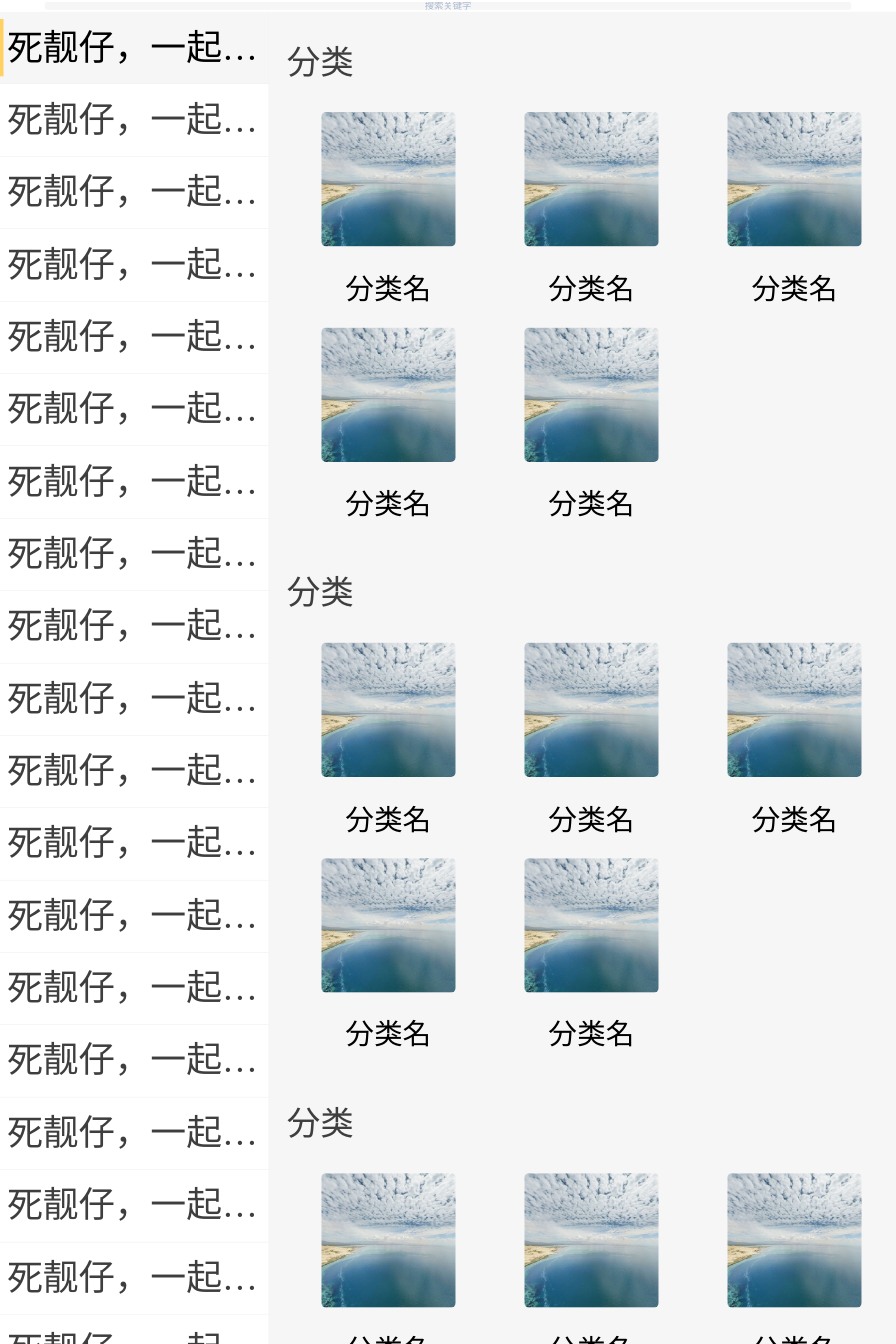
Repository: 421538074/sell
Page: consumer/goods-classify.html
An editor plug-in stored every save of this project. The page is shown before and after the next save, followed by the edit.
The browser window is 1280 px wide. The pictures show the part of the page from y = 0 to 1920 px (the page is 3807 px tall), at 70% of full size.

Above is the page before, as saved 2019-05-29 16:57:51.

### consumer/goods-classify.html
<!DOCTYPE html>
<html lang="en">
<head>
    <meta charset="UTF-8">
    <meta name="viewport" content="width=device-width, initial-scale=1.0">
    <meta http-equiv="X-UA-Compatible" content="ie=edge">
    <title>商品分类</title>
    <link rel="stylesheet" href="../css/base.css">
    <link rel="stylesheet" href="css/goods-classify.css">
</head>
<body>
    <div id="app" class="content">
        <div class="search-bar-wrapper">
            <input placeholder="搜索关键字" type="text" class="search-input">
        </div>
        <div class="goods-classify-wrapper">
            <ul class="main-classify-wrapper">
                <li @click="triggerTab(n)" v-for="n in 20" :class="{active:n==currentIndex}" class="main-classify-item">
                    死靓仔，一起打球吗？
                </li>
            </ul>
            <div class="sub-classify-wrapper">
                <div v-for="n in 5" class="sub-classify-item">
                    <p class="sub-classify-item-title">
                        分类
                    </p>
                    <div class="sub-classify-item-wrapper">
                        <div v-for="n in 5" class="sub-sub-classify-item">
                            <img src="../img/1.jpg" class="classify-item-icon">
                            <p class="classify-title">分类名</p>
                        </div>
                    </div>
                </div>
            </div>
        </div>
    </div>
    <script src="../js/api.js"></script>
    <script src="../js/vue.js"></script>
    <script src="js/vue-mixin.js"></script>
    <script src="js/goods-classify.js"></script>
</body>
</html>

### css/base.css
/* http://meyerweb.com/eric/tools/css/reset/
   v2.0 | 20110126
   License: none (public domain)
*/

html,
body,
div,
span,
applet,
object,
iframe,
h1,
h2,
h3,
h4,
h5,
h6,
p,
blockquote,
pre,
a,
abbr,
acronym,
address,
big,
cite,
code,
del,
dfn,
em,
img,
ins,
kbd,
q,
s,
samp,
small,
strike,
strong,
sub,
sup,
tt,
var,
b,
u,
i,
center,
dl,
dt,
dd,
ol,
ul,
li,
fieldset,
form,
label,
legend,
table,
caption,
tbody,
tfoot,
thead,
tr,
th,
td,
article,
aside,
canvas,
details,
embed,
figure,
figcaption,
footer,
header,
hgroup,
menu,
nav,
output,
ruby,
section,
summary,
time,
mark,
audio,
video {
    margin: 0;
    padding: 0;
    border: 0;
    font-size: 100%;
    font: inherit;
    vertical-align: baseline;
}

/* HTML5 display-role reset for older browsers */
article,
aside,
details,
figcaption,
figure,
footer,
header,
hgroup,
menu,
nav,
section {
    display: block;
}

body {
    line-height: 1;
}

ol,
ul {
    list-style: none;
}

blockquote,
q {
    quotes: none;
}

blockquote:before,
blockquote:after,
q:before,
q:after {
    content: '';
    content: none;
}

table {
    border-collapse: collapse;
    border-spacing: 0;
}


body,
html {
    font-size: calc(100vw / 37.5);
    font-family: PingFangSC-Medium;
    background: #F2F2F2;
}


[v-cloak] {
    display: none;
}


hr {
    margin: 0;
    padding: 0;
}

.clearfix {
    zoom: 1;
}

.clearfix:after {
    content: ".";
    display: block;
    visibility: hidden;
    height: 0;
    clear: both;
}

[v-cloak] {
    display: none;
}

### consumer/css/goods-classify.css
*{
    box-sizing: border-box;
}
html,body,div.content{
    height: 100%;
}
div.content {
    display: flex;
    flex-direction: column;
}
div.search-bar-wrapper{
    height: 4.5rem;
    display: flex;
    align-items: center;
    justify-content: center;
    background: #ffffff;
}
input.search-input {
    width: 90%;
    border: none;
    height: 60%;
    border-radius: 0.1rem;
    background: #F6F6F6;
    outline: 0;
}
input::-webkit-input-placeholder {
    color: #A9B7CE;
    text-align: center;
}
.goods-classify-wrapper {
    display: flex;
    flex: 1;
}
ul.main-classify-wrapper {
    overflow: scroll;
    height: 100%;
    width: 30%;
}
ul.main-classify-wrapper::-webkit-scrollbar,div.sub-classify-wrapper::-webkit-scrollbar {
    width: 0;
    height: 0;
}
li.main-classify-item {
    width: 100%;
    height: 3rem;
    line-height: 3rem;
    white-space: nowrap;
    overflow: hidden;
    text-overflow: ellipsis;
    background: #fff;
    margin-bottom: 1px;
    color: #3E3E3E;
    padding-left: 10px;
    font-size: 1.5rem;
}
li.main-classify-item.active {
    background: #F6F6F6;
    position: relative;
    color: #000000;
}
li.main-classify-item.active::after{
    content: '';
    position: absolute;
    background: #FFD162;
    height: 80%;
    width: 5px;
    left: 0;
    top: 10%;
}
.sub-classify-wrapper {
    flex: 1;
    background: #F6F6F6;
    overflow: scroll;
}
img.classify-item-icon {
    width: 15vw;
    height: 15vw;
    border-radius: 0.2rem;
}
p.sub-classify-item-title {
    font-size: 1.4rem;
    height: 3em;
    display: flex;
    align-items: center;
    color: #3E3E3E;
    padding-left: 2vw;
}
.sub-classify-item{
    width: 70vw;
}
.sub-sub-classify-item {
    width: calc(68vw / 3);
    margin-bottom: 1rem;
}
.sub-classify-item-wrapper {
    display: flex;
    align-items: center;
    flex-wrap: wrap;
    text-align: center;
    padding-left: 2vw;
}
p.classify-title {
    font-size: 1.2rem;
    margin-top: 1rem;
}

### js/api.js



// window.warn = {
//     alert: function alert(msg) {
//         var template = `
// `
//         $('body').append(template);
//         $('.alert-body').animate({
//             top: "40px"
//         }, 200);
//         // setTimeout(function () {
//         //     warn.close();
//         // }, 1500);
//     },
//     close: function close() {
//         $('.alert-body').animate({
//             top: "-280px"
//         }, 200);
//         setTimeout(function () {
//             $('#alert-msg').remove();
//         }, 200);
//     }
// };

### consumer/js/vue-mixin.js
Vue.mixin({
    methods: {
        /**
         * 限制长度
         * @param {String} 要限制长度的字段
         * @param {Number} 长度
         */
        limitLength(key, length) {
            this[key] = this[key].substring(0, length);
        },
        /**
         * 验证11位手机号
         * @param {Number} phone
         */
        validatePhone(phone) {
            const phoneReg = /^[1-9][0-9]{9}[0-9]$/;
            return phoneReg.test(phone);
        },
        /**
         * 发送手机验证码
         * @param {Number} waitTimeKey 等待时间键名
         * @param {String} tipsKey 发送验证码显示的信息的键名
         * @param {String} phoneKey 手机号键名
         * @param {String} reSendMsg  按钮默认显示的文字
         */
        sendCode(waitTimeKey, tipsKey, phoneKey, defaultMsg) {
            if (!this.validatePhone(this[phoneKey])) {
                alert('无效手机号!');
                return;
            }
            if (this[waitTimeKey] == 60) {
                $.post('', {
                        phone: this[phoneKey]
                    }, (res) => {
                        if (res.status == 1) {
                            const interval = setInterval(() => {
                                if (this[waitTimeKey] == 1) {
                                    this[waitTimeKey] = 60;
                                    this[tipsKey] = defaultMsg;
                                    clearInterval(interval);
                                    return;
                                }
                                this[waitTimeKey] -= 1;
                                this[tipsKey] = `${this[waitTimeKey]}s`;
                            }, 1000);
                        } else {
                            alert('发送失败!');
                        }
                    }, 'json')
                    .fail(err => {
                        alert('服务器异常!');
                    });
            }
        },
        /**
         * 链接跳转
         * @param {String} url
         */
        linkTo(url) {
            window.location.href = url;
        }
    },
    filters: {

    }
})

### consumer/js/goods-classify.js
new Vue({
    el:'#app',
    data() {
        return {
            currentIndex:1
        }
    },
    methods: {
        triggerTab(index) {
            if(this.currentIndex != index) {
                this.currentIndex = index;
            }
        }
    },
})

Loaded but not shown: js/vue.js (library)

After the next save:
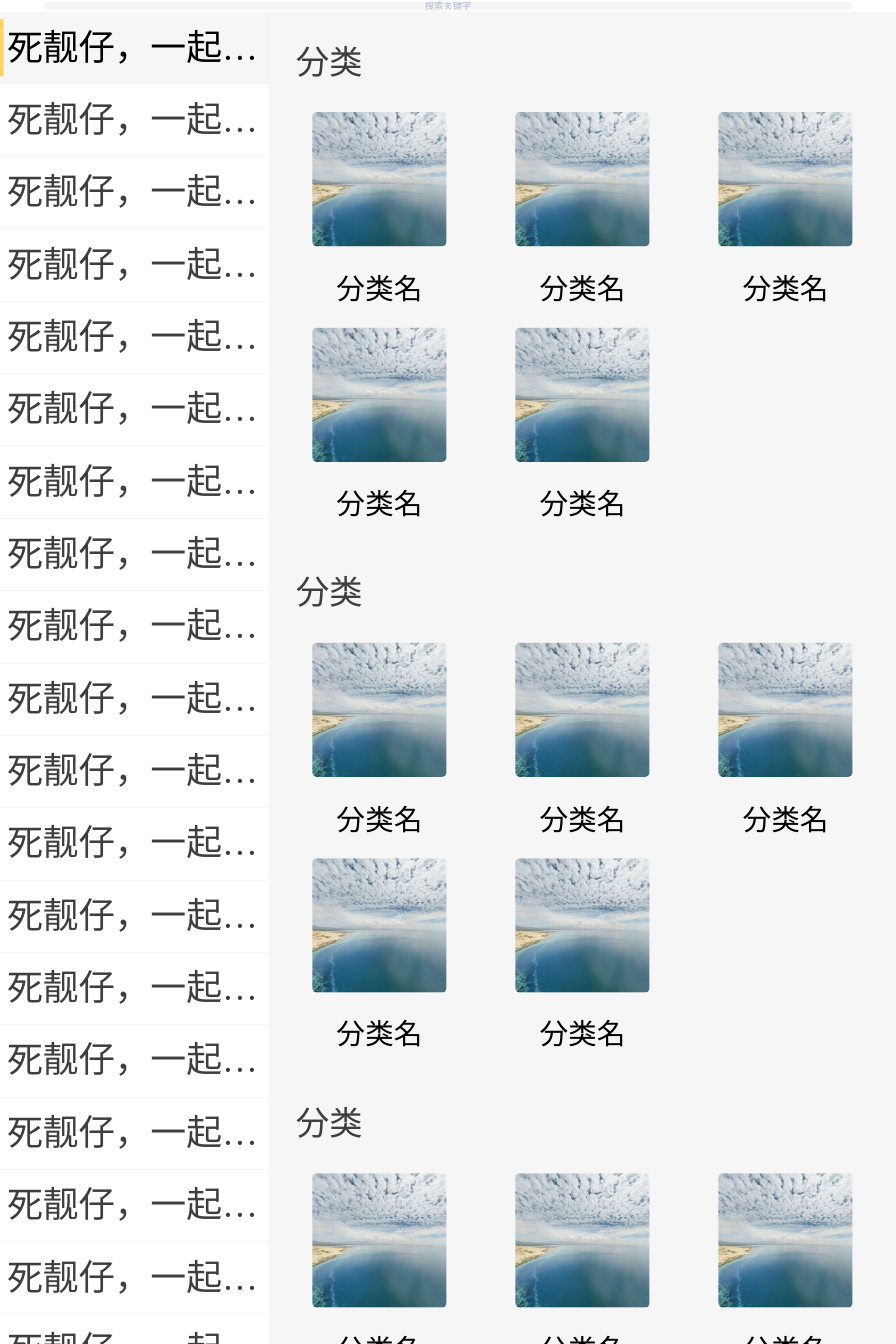
Saved 64 s later.
--- a/consumer/css/goods-classify.css
+++ b/consumer/css/goods-classify.css
@@ -83,7 +83,7 @@ p.sub-classify-item-title {
     display: flex;
     align-items: center;
     color: #3E3E3E;
-    padding-left: 2vw;
+    padding-left: 3vw;
 }
 .sub-classify-item{
     width: 70vw;
@@ -97,7 +97,7 @@ p.sub-classify-item-title {
     align-items: center;
     flex-wrap: wrap;
     text-align: center;
-    padding-left: 2vw;
+    padding-left: 1vw;
 }
 p.classify-title {
     font-size: 1.2rem;
